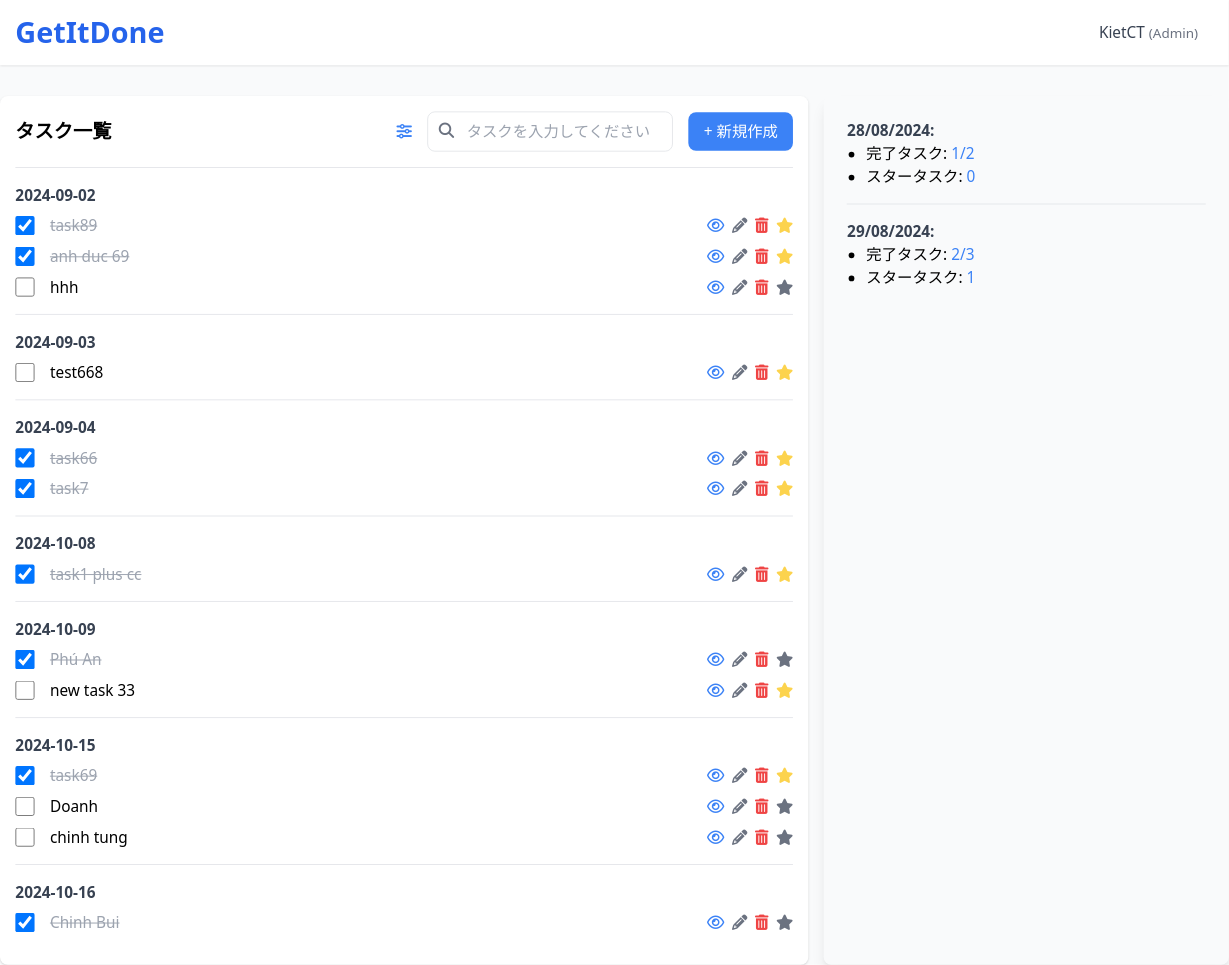
Repository: TuanAnhNguyen723/todolist
Page: http://localhost/mainscreen/mainscreen.php
An editor plug-in stored every save of this project. The page is shown before and after the next save, followed by the edit.
The browser window is 1280 px wide. The pictures show the whole page, at 96% of full size.
Some web libraries are served in a nearby version. The page is run by PHP 8.4 with error messages shown; the project is at /var/www/html/. The database holds what the project's SQL file puts in it.

Above is the page before, as saved 2024-10-02 13:47:30.

### mainscreen/mainscreen.php
<!DOCTYPE html>
<?php
include '../mainscreen/mainscreenController.php';
?>

<html lang="ja">
  <head>
    <meta charset="UTF-8" />
    <meta name="viewport" content="width=device-width, initial-scale=1.0" />
    <title>GetItDone Task List</title>
    <link
      href="https://cdn.jsdelivr.net/npm/tailwindcss@2.2.19/dist/tailwind.min.css"
      rel="stylesheet"
    />
    <link
      rel="stylesheet"
      href="https://cdnjs.cloudflare.com/ajax/libs/font-awesome/6.6.0/css/all.min.css"
    />

    <link href="./mainscreen.css">
    <script src="./mainscreen.js" defer></script>
  </head>
  <body class="bg-gray-50">
    <!-- Header Section -->
    <header class="bg-white shadow p-4 flex justify-between items-center">
      <div class="flex items-center">
        <h1 class="text-3xl font-bold text-blue-600">GetItDone</h1>
      </div>
      <div class="flex items-center">
        <span class="text-gray-700 mr-4"
          >KietCT <span class="text-sm text-gray-500">(Admin)</span></span
        >
      </div>
    </header>

    <!-- Main Section -->
    <main class="container mx-auto mt-8">
      <div class="flex justify-between">
        <!-- Task List -->
        <div class="w-2/3 bg-white p-4 shadow rounded-lg">
          <div class="flex justify-between items-center mb-4">
            <!-- Task List Title -->
            <h2 class="text-xl font-bold">タスク一覧</h2>

            <div class="flex items-center space-x-4">
              <!-- Filter Icon -->
              <button class="text-blue-500 hover:text-gray-700">
                <i class="fas fa-sliders-h"></i>
              </button>

              <!-- Search Input with Icon -->
              <div class="relative">
                <input
                  type="text"
                  class="border rounded-lg pl-10 pr-3 py-2 w-64"
                  placeholder="タスクを入力してください"
                />
                <!-- Search Icon -->
                <i
                  class="fas fa-search absolute left-3 top-3 text-gray-500"
                ></i>
              </div>

              <!-- New Task Button -->
              <button
                class="newtask bg-blue-500 text-white px-4 py-2 rounded-lg"
              >
                + 新規作成
              </button>
            </div>
          </div>

          <!-- Task Groups by Date -->
          <div class="task-container">
          <?php foreach ($tasks_by_date as $date => $tasks): ?>
            <div class="mb-4 border-t pt-4">
              <h3 class="font-bold text-gray-700"><?php echo htmlspecialchars($date); ?></h3>

              <?php foreach ($tasks as $task): ?>
                <div class="task-container2 flex justify-between items-center space-x-4 my-2">
                  <div class="flex items-center space-x-4">
                    <input
                      type="checkbox"
                      class="form-checkbox h-5 w-5 toggle-complete"
                      data-task-id="<?php echo $task['task_id']; ?>"
                      <?php echo $task['checked'] ? 'checked' : ''; ?>
                    />
                    <span class="task-text <?php echo $task['checked'] ? 'line-through text-gray-400' : ''; ?>">
                      <?php echo htmlspecialchars($task['title']); ?>
                    </span>
                  </div>
                  <div class="flex space-x-2">
                    <!-- Nút xem chi tiết -->
                    <button class="text-blue-500 hover:text-blue-700">
                      <i class="fa fa-eye"></i>
                    </button>

                    <!-- Nút sửa -->
                    <button class="text-gray-500 hover:text-gray-700 edit-task-button" data-task-id="<?php echo $task['task_id']; ?>">
                      <i class="fa fa-pencil"></i>
                    </button>

                    <!-- Nút xóa -->
                    <form action="./mainscreenController.php" method="POST" style="display:inline;">
                      <input type="hidden" name="task_id" value="<?php echo $task['task_id']; ?>">
                      <button type="submit" name="delete_task" class="text-red-500 hover:text-red-700">
                        <i class="fa fa-trash"></i>
                      </button>
                    </form>

                    <!-- Nút ngôi sao -->
                    <button class="text-gray-500 hover:text-yellow-300 star-icon <?php echo $task['star'] ? 'text-yellow-300' : ''; ?>" data-task-id="<?php echo $task['task_id']; ?>">
                      <i class="fa fa-star"></i>
                    </button>
                  </div>
                </div>
              <?php endforeach; ?>




            </div>
          <?php endforeach; ?>


          </div>
        </div>

        <!-- Task Completion Summary -->
        <div
          id="task-summary"
          class="w-1/3 bg-grey-900 p-6 rounded-lg shadow-lg ml-4"
        >
          <h3 class="font-bold text-gray-700">28/08/2024:</h3>
          <ul class="list-disc pl-5">
            <li>完了タスク: <span class="text-blue-500">1/2</span></li>
            <li>スタータスク: <span class="text-blue-500">0</span></li>
          </ul>

          <h3 class="font-bold text-gray-700 mt-4 border-t pt-4">
            29/08/2024:
          </h3>
          <ul class="list-disc pl-5">
            <li>完了タスク: <span class="text-blue-500">2/3</span></li>
            <li>スタータスク: <span class="text-blue-500">1</span></li>
          </ul>
        </div>

        <!-- Task Add Modal -->
        <div id="taskAddModal" class="fixed z-50 inset-0 overflow-y-auto hidden">
          <div class="flex items-center justify-center min-h-screen bg-black bg-opacity-50">
            <div class="relative bg-white w-96 p-6 rounded-lg shadow-lg">
              <!-- Close Button -->
              <button id="closeModal" class="absolute top-2 right-2 text-gray-500 hover:text-gray-700">
                <i class="fas fa-times"></i>
              </button>

              <!-- Modal Title -->
              <h2 class="text-2xl font-bold mb-4">タスク追加</h2>

              <!-- Form -->

              <form action="mainscreenController.php" method="POST">
                <!-- Task Title -->
                <input
                  name="title"
                  type="text"
                  placeholder="タイトルが入力してください"
                  class="title w-full border border-gray-300 p-2 rounded-lg mb-4"
                />

                <!-- Date Pickers -->
                <div class="flex justify-between space-x-4 mb-4">
                  <div class="w-1/2 relative">
                    <label for="time_start" class="sr-only">Start Date</label>
                    <input
                      type="date"
                      name="time_start"
                      class="w-full border border-gray-300 p-2 rounded-lg"
                    />
                  </div>
                  <div class="w-1/2 relative">
                    <label for="time_end" class="sr-only">End Date</label>
                    <input
                      type="date"
                      name="time_end"
                      class="w-full border border-gray-300 p-2 rounded-lg"
                    />
                  </div>
                </div>

                <!-- Task Description -->
                <textarea
                  name="description"
                  placeholder="ディスクリプが入力してください"
                  class="w-full border border-gray-300 p-2 rounded-lg mb-4"
                  rows="4"
                ></textarea>

                <!-- Buttons -->
                <div class="flex justify-between">
                  <button
                    type="submit"
                    class="bg-blue-500 text-white px-4 py-2 rounded-lg w-full mr-2"
                  >
                    作成
                  </button>
                  <button
                    type="button"
                    class="border border-blue-500 text-blue-500 px-4 py-2 rounded-lg w-full"
                    id="cancelButton"
                  >
                    キャンセル
                  </button>
                </div>
              </form>

            </div>
          </div>
        </div>

        <!-- Filter Modal -->
        <div
          id="filterModal"
          class="fixed inset-0 bg-black bg-opacity-30 flex justify-center items-center hidden"
        >
          <div class="bg-white p-6 rounded-lg shadow-lg w-80">
            <h2 class="text-xl font-bold mb-4">フィルターオプション</h2>

            <!-- Status Dropdown -->
            <div class="mb-4 relative">
              <label class="block text-gray-700 font-semibold"
                >ステータス</label
              >
              <button
                id="statusButton"
                class="bg-gray-200 border border-gray-300 p-2 w-full text-left rounded-lg flex justify-between items-center"
              >
                <span id="statusText">全ステータス</span>
                <i class="fas fa-chevron-down"></i>
              </button>

              <ul
                id="statusDropdown"
                class="absolute bg-white border border-gray-300 rounded-lg w-full hidden mt-1 z-10"
              >
                <li
                  class="p-2 hover:bg-blue-500 hover:text-white cursor-pointer"
                  data-value="全ステータス"
                >
                  全ステータス
                </li>
                <li
                  class="p-2 hover:bg-blue-500 hover:text-white cursor-pointer"
                  data-value="完了"
                >
                  完了
                </li>
                <li
                  class="p-2 hover:bg-blue-500 hover:text-white cursor-pointer"
                  data-value="未完了"
                >
                  未完了
                </li>
              </ul>
            </div>

            <!-- Date Picker -->
            <div class="flex items-center mb-4">
              <i class="fas fa-calendar mr-2"></i>
              <span>締め切り</span>
            </div>

            <!-- Star Task Checkbox -->
            <div class="flex items-center mb-4">
              <input type="checkbox" id="starTask" class="mr-2" />
              <label for="starTask">スタータスク</label>
            </div>

            <!-- Buttons -->
            <div class="flex justify-between">
              <button
                id="resetButton"
                class="bg-gray-300 text-gray-700 px-4 py-2 rounded-lg"
              >
                リセット
              </button>
              <button
                id="applyButton"
                class="bg-blue-500 text-white px-4 py-2 rounded-lg"
              >
                適用
              </button>
            </div>
          </div>
        </div>


     <!-- Modal chỉnh sửa task -->
      <div id="taskEditModal" class="fixed z-50 inset-0 overflow-y-auto hidden">
        <div class="flex items-center justify-center min-h-screen bg-black bg-opacity-50">
          <div class="relative bg-white w-96 p-6 rounded-lg shadow-lg">
            <!-- Close Button -->
            <button id="closeEditModal" class="absolute top-2 right-2 text-gray-500 hover:text-gray-700">
              <i class="fas fa-times"></i>
            </button>



            <!-- Modal Content -->
            <h2 class="text-2xl font-bold mb-4">タスク編集</h2>
            <!-- Form -->
            <form id="editTaskForm" action="mainscreenController.php" method="POST">
              <!-- Task ID (ẩn) để biết nhiệm vụ nào cần chỉnh sửa -->
              <input type="hidden" name="edit_task_id" value="">

              <!-- Task Title -->
              <input name="edit_title" type="text" placeholder="タイトルを入力してください" class="edit-title w-full border border-gray-300 p-2 rounded-lg mb-4" />

              <!-- Date Pickers -->
              <div class="flex justify-between space-x-4 mb-4">
                <div class="w-1/2 relative">
                  <label for="edit_time_start" class="sr-only">Start Date</label>
                  <input type="date" name="edit_time_start" class="edit-time-start w-full border border-gray-300 p-2 rounded-lg" />
                </div>
                <div class="w-1/2 relative">
                  <label for="edit_time_end" class="sr-only">End Date</label>
                  <input type="date" name="edit_time_end" class="edit-time-end w-full border border-gray-300 p-2 rounded-lg" />
                </div>
              </div>

              <!-- Task Description -->
              <textarea name="edit_description" placeholder="ディスクリプションを入力してください" class="edit-description w-full border border-gray-300 p-2 rounded-lg mb-4" rows="4"></textarea>

              <!-- Buttons -->
              <div class="flex justify-between">
                <button id="saveEditButton" class="bg-blue-500 text-white px-4 py-2 rounded-lg w-full mr-2">
                  保存
                </button>
                <button type="button" class="border border-blue-500 text-blue-500 px-4 py-2 rounded-lg w-full" id="cancelEditButton">
                  キャンセル
                </button>
              </div>
            </form>
          </div>
        </div>
      </div>

      </div>
    </main>

    <!-- Icons FontAwesome -->
    <script src="https://kit.fontawesome.com/a076d05399.js"></script>
  </body>
</html>

### config.php
<?php
define('DB_SERVER', 'localhost');
define('DB_USERNAME', 'root');
define('DB_PASSWORD', '');
define('DB_NAME', 'todolistdb');

$conn = mysqli_connect(DB_SERVER, DB_USERNAME, DB_PASSWORD, DB_NAME);



if($conn === false){
    die("ERROR: Could not connect. " . mysqli_connect_error());
}
?>

### todolistdb.sql (the tables this page reads)
CREATE TABLE `task` (
  `task_id` int(11) NOT NULL,
  `title` varchar(255) NOT NULL,
  `description` varchar(255) NOT NULL,
  `time_start` date NOT NULL,
  `time_end` date NOT NULL,
  `checked` tinyint(1) NOT NULL,
  `user_id` varchar(10) NOT NULL,
  `grouptask_id` varchar(10) NOT NULL,
  `star` tinyint(1) NOT NULL
) ENGINE=InnoDB DEFAULT CHARSET=utf8mb4 COLLATE=utf8mb4_general_ci;

INSERT INTO `task` (`task_id`, `title`, `description`, `time_start`, `time_end`, `checked`, `user_id`, `grouptask_id`, `star`) VALUES
(26, 'task89', 'test89', '2024-09-02', '2024-09-11', 1, 'some_user_', 'some_group', 1),
(28, 'task1 plus  cc', 'test1 plus cc', '2024-10-08', '2024-09-10', 1, 'some_user_', 'some_group', 1),
(30, 'task66', 'test66', '2024-09-04', '2024-09-13', 1, 'some_user_', 'some_group', 1),
(36, 'task69', 'test69\r\n', '2024-10-15', '2024-10-17', 1, 'some_user_', 'some_group', 1),
(38, 'task7', 'test7', '2024-09-04', '2024-10-15', 1, 'some_user_', 'some_group', 1),
(42, 'Doanh', 'đần', '2024-10-15', '2024-10-14', 0, 'some_user_', 'some_group', 0),
(46, 'Phú An', 'An ', '2024-10-09', '2024-10-14', 1, 'some_user_', 'some_group', 0),
(56, 'Chinh Bui', 'tft', '2024-10-16', '2024-10-21', 1, 'some_user_', 'some_group', 0),
(58, '              anh duc 69            ', 'anh duc 69', '2024-09-02', '2024-10-08', 1, 'some_user_', 'some_group', 1),
(59, '                            test668                        ', 'test668', '2024-09-03', '2024-10-08', 0, 'some_user_', 'some_group', 1),
(61, 'chinh tung', 'tung chinh', '2024-10-15', '2024-10-08', 0, 'some_user_', 'some_group', 0),
(62, 'new task 33', 'new test 3 3', '2024-10-09', '2024-10-11', 0, 'some_user_', 'some_group', 1),
(63, 'hhh', 'hhh', '2024-09-02', '2024-10-07', 0, 'some_user_', 'some_group', 0);

ALTER TABLE `task`
  ADD PRIMARY KEY (`task_id`);

ALTER TABLE `task`
  MODIFY `task_id` int(11) NOT NULL AUTO_INCREMENT, AUTO_INCREMENT=64;

Loaded but not shown: mainscreen/mainscreen.js (321 lines, source omitted); mainscreen/mainscreenController.php (196 lines, source omitted)

After the next save:
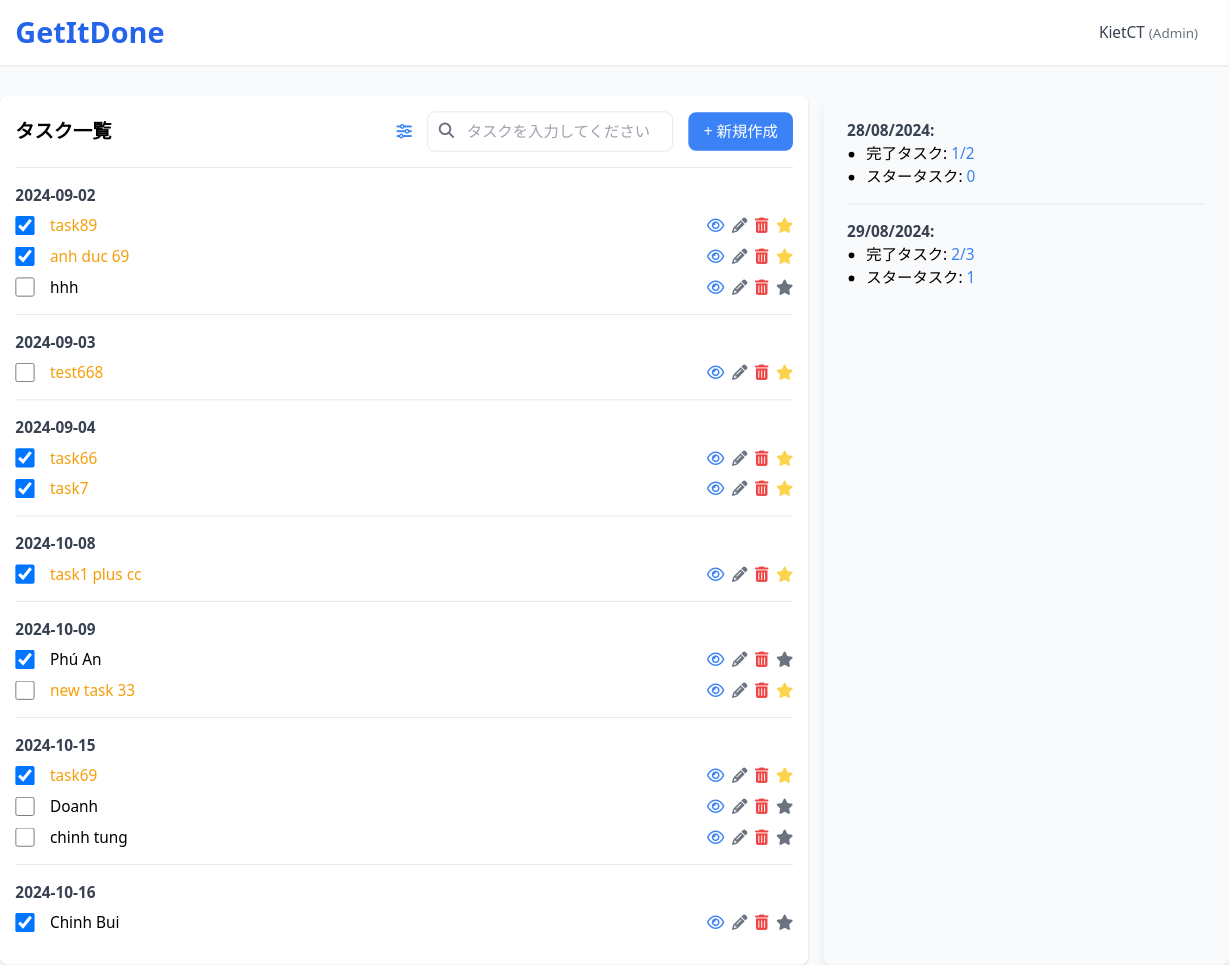
Saved 6 min 56 s later.
--- a/mainscreen/mainscreen.php
+++ b/mainscreen/mainscreen.php
@@ -73,54 +73,52 @@ include '../mainscreen/mainscreenController.php';
           <!-- Task Groups by Date -->
           <div class="task-container">
           <?php foreach ($tasks_by_date as $date => $tasks): ?>
-            <div class="mb-4 border-t pt-4">
-              <h3 class="font-bold text-gray-700"><?php echo htmlspecialchars($date); ?></h3>
-
-              <?php foreach ($tasks as $task): ?>
-                <div class="task-container2 flex justify-between items-center space-x-4 my-2">
-                  <div class="flex items-center space-x-4">
+    <div class="mb-4 border-t pt-4">
+        <h3 class="font-bold text-gray-700"><?php echo htmlspecialchars($date); ?></h3>
+
+        <?php foreach ($tasks as $task): ?>
+            <div class="task-container2 flex justify-between items-center space-x-4 my-2">
+                <div class="flex items-center space-x-4">
                     <input
-                      type="checkbox"
-                      class="form-checkbox h-5 w-5 toggle-complete"
-                      data-task-id="<?php echo $task['task_id']; ?>"
-                      <?php echo $task['checked'] ? 'checked' : ''; ?>
+                        type="checkbox"
+                        class="form-checkbox h-5 w-5 toggle-complete <?php echo $task['star'] ? 'bg-yellow-500 border-yellow-500' : ''; ?>"
+                        data-task-id="<?php echo $task['task_id']; ?>"
+                        <?php echo $task['checked'] ? 'checked' : ''; ?>
                     />
-                    <span class="task-text <?php echo $task['checked'] ? 'line-through text-gray-400' : ''; ?>">
-                      <?php echo htmlspecialchars($task['title']); ?>
+                    <span class="task-text <?php echo $task['star'] ? 'text-yellow-500' : ''; ?>">
+                        <?php echo htmlspecialchars($task['title']); ?>
                     </span>
-                  </div>
-                  <div class="flex space-x-2">
+                </div>
+                <div class="flex space-x-2">
                     <!-- Nút xem chi tiết -->
                     <button class="text-blue-500 hover:text-blue-700">
-                      <i class="fa fa-eye"></i>
+                        <i class="fa fa-eye"></i>
                     </button>
 
                     <!-- Nút sửa -->
                     <button class="text-gray-500 hover:text-gray-700 edit-task-button" data-task-id="<?php echo $task['task_id']; ?>">
-                      <i class="fa fa-pencil"></i>
+                        <i class="fa fa-pencil"></i>
                     </button>
 
                     <!-- Nút xóa -->
                     <form action="./mainscreenController.php" method="POST" style="display:inline;">
-                      <input type="hidden" name="task_id" value="<?php echo $task['task_id']; ?>">
-                      <button type="submit" name="delete_task" class="text-red-500 hover:text-red-700">
-                        <i class="fa fa-trash"></i>
-                      </button>
+                        <input type="hidden" name="task_id" value="<?php echo $task['task_id']; ?>">
+                        <button type="submit" name="delete_task" class="text-red-500 hover:text-red-700">
+                            <i class="fa fa-trash"></i>
+                        </button>
                     </form>
 
                     <!-- Nút ngôi sao -->
                     <button class="text-gray-500 hover:text-yellow-300 star-icon <?php echo $task['star'] ? 'text-yellow-300' : ''; ?>" data-task-id="<?php echo $task['task_id']; ?>">
-                      <i class="fa fa-star"></i>
+                        <i class="fa fa-star"></i>
                     </button>
-                  </div>
-                </div>
-              <?php endforeach; ?>
-
-
-
-
-            </div>
-          <?php endforeach; ?>
+                </div>
+            </div>
+        <?php endforeach; ?>
+    </div>
+<?php endforeach; ?>
+
+
 
 
           </div>
